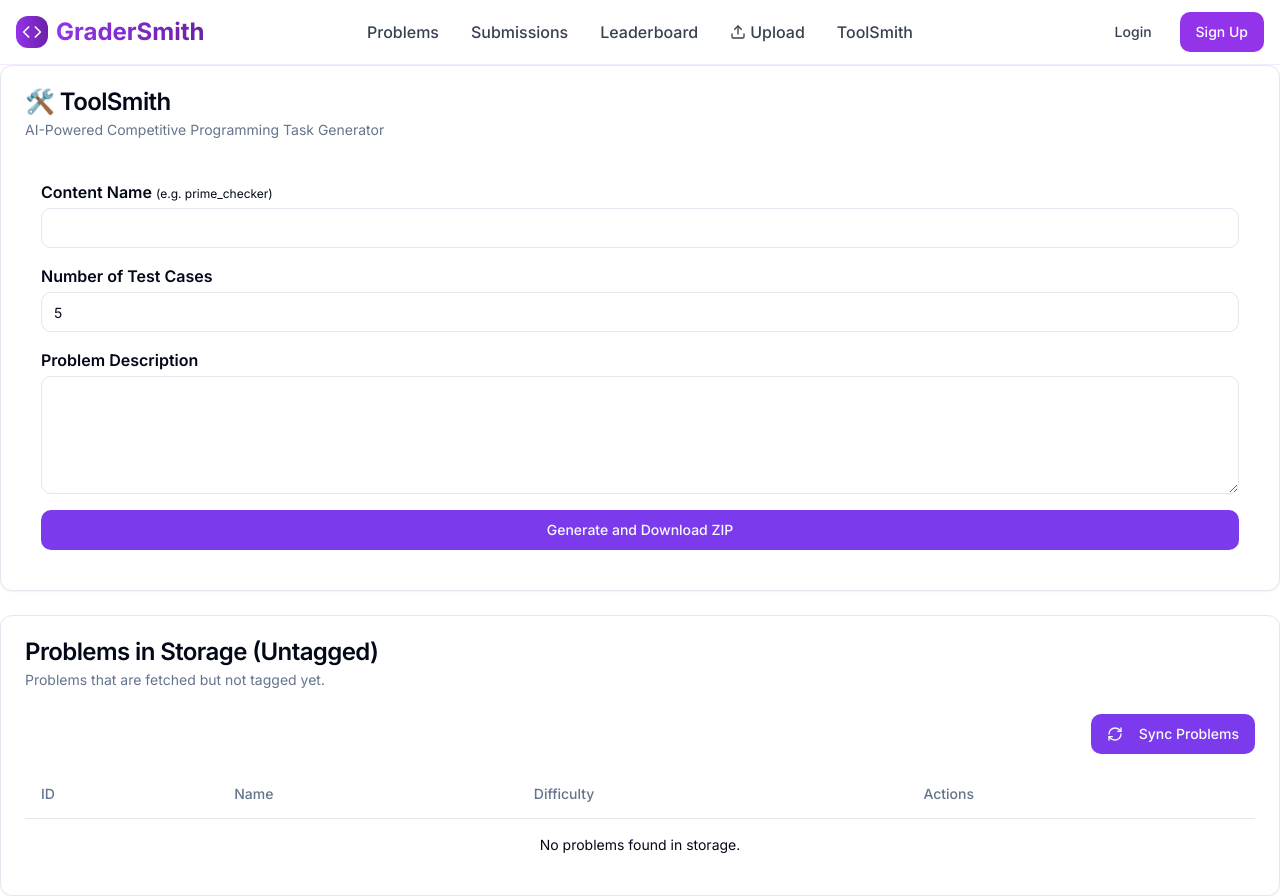
Repository: WOI-Core/TestSmith
Page: /upload
These files come from the project's save history. The page is drawn as it stood at one moment and after the next save; the edit follows.
The browser window is 1280 px wide. The pictures show the whole page.
The page's requests for data from a server got no answer. The project was rebuilt for these pictures with package versions that can differ from the ones it lists, and the page was loaded fresh each time. The framework's server and built-in components were replaced by stand-ins that run in the browser. No one was signed in, and anything a server would have sent is missing. Also part of the build but not shown: next.config.mjs, components/ui/avatar.tsx, components/ui/dropdown-menu.tsx.

Above is the page before, as saved 2025-07-10 03:38:35.

### app/layout.tsx
import type React from "react"
import type { Metadata } from "next"
import { Inter } from "next/font/google"
import "./globals.css"
import { AuthProvider } from "./context/AuthContext"
import Header from "./components/Header"

const inter = Inter({ subsets: ["latin"] })

export const metadata: Metadata = {
  title: "GraderSmith - Master Competitive Programming",
  description: "Modern Online Judge Platform for Competitive Programming",
    generator: 'v0.dev'
}

export default function RootLayout({
  children,
}: Readonly<{
  children: React.ReactNode
}>) {
  return (
    <html lang="en">
      <body className={inter.className}>
        <AuthProvider>
          <Header />
          <main>{children}</main>
        </AuthProvider>
      </body>
    </html>
  )
}

### app/upload/page.tsx
// app/upload/page.tsx
"use client";

import React, { useState, useEffect, FormEvent } from "react";
import { useAuth } from "../context/AuthContext";
import { useRouter } from "next/navigation";
import { Button } from "@/components/ui/button";
import { Input } from "@/components/ui/input";
import { Textarea } from "@/components/ui/textarea";
import {
  Card,
  CardContent,
  CardHeader,
  CardTitle,
  CardDescription,
} from "@/components/ui/card";
import {
  Table,
  TableBody,
  TableCell,
  TableHead,
  TableHeader,
  TableRow,
} from "@/components/ui/table";
import { useToast } from "@/hooks/use-toast";
import { Upload, RefreshCw, Send } from "lucide-react";

interface UntaggedProblem {
  id: string;
  name: string;
  difficulty: number;
  tags: string[];
}

interface FullProblemDetails {
  id: string;
  name: string;
  statement: string;
  solution: string;
  difficulty: number;
  timeLimit?: number;
  memoryLimit?: number;
  note?: string;
  tags: string[];
}

export default function UploadPage() {
  const { toast } = useToast();
  const { user, loading: authLoading } = useAuth();
  const router = useRouter();

  const [contentName, setContentName] = useState("");
  const [casesSize, setCasesSize] = useState(5);
  const [detail, setDetail] = useState("");
  const [status, setStatus] = useState("");
  const [generating, setGenerating] = useState(false);

  const [untaggedProblems, setUntaggedProblems] = useState<UntaggedProblem[]>([]);
  const [isLoadingUntagged, setIsLoadingUntagged] = useState(false);

  const handleGenerate = async (e: FormEvent) => {
    e.preventDefault();
    setGenerating(true);
    setStatus("Generating problem, please wait...");

    try {
      const res = await fetch("/api/toolsmith", {
        method: "POST",
        headers: { "Content-Type": "application/json" },
        body: JSON.stringify({ content_name: contentName, cases_size: casesSize, detail }),
      });

      if (!res.ok) {
        const errData = await res.json().catch(() => ({}));
        throw new Error(errData.error || "Failed to generate problem");
      }

      const blob = await res.blob();
      const url = window.URL.createObjectURL(blob);
      const a = document.createElement("a");
      a.href = url;
      a.download = `${contentName}_problem.zip`;
      document.body.appendChild(a);
      a.click();
      a.remove();
      window.URL.revokeObjectURL(url);

      setStatus("✅ Problem generated and downloaded successfully!");
    } catch (err: any) {
      setStatus(`❌ Error: ${err.message}`);
    } finally {
      setGenerating(false);
    }
  };

const fetchUntaggedProblems = async () => {
  setIsLoadingUntagged(true);
  try {
    const res = await fetch("/api/problems/from-storage");
    const data = await res.json();
    const problems = Array.isArray(data)
      ? data.map((file: { name: string }) => ({
          id: file.name,
          name: file.name,
          difficulty: 800,
          tags: [] as string[],
        }))
      : [];
    setUntaggedProblems(problems);
  } catch (error: any) {
    toast({ title: "Error", description: error.message, variant: "destructive" });
    setUntaggedProblems([]);
  } finally {
    setIsLoadingUntagged(false);
  }
};

  useEffect(() => {
    fetchUntaggedProblems();
  }, []);

  return (
    <div className="space-y-6">
      <div>
        <Card>
          <CardHeader>
            <CardTitle>🛠️ ToolSmith</CardTitle>
            <CardDescription>AI-Powered Competitive Programming Task Generator</CardDescription>
          </CardHeader>
          <CardContent>
            <form onSubmit={handleGenerate} className="flex flex-col gap-4 p-4 bg-card-bg rounded-lg">
              <div>
                <label htmlFor="contentName" className="block font-semibold mb-1">
                  Content Name <span className="text-xs font-normal text-text-secondary">(e.g. prime_checker)</span>
                </label>
                <Input
                  id="contentName"
                  type="text"
                  value={contentName}
                  onChange={(e) => setContentName(e.target.value)}
                  required
                />
              </div>

              <div>
                <label htmlFor="casesSize" className="block font-semibold mb-1">
                  Number of Test Cases
                </label>
                <Input
                  id="casesSize"
                  type="number"
                  min={1}
                  max={20}
                  value={casesSize}
                  onChange={(e) => setCasesSize(parseInt(e.target.value))}
                  required
                />
              </div>

              <div>
                <label htmlFor="detail" className="block font-semibold mb-1">
                  Problem Description
                </label>
                <Textarea
                  id="detail"
                  value={detail}
                  onChange={(e) => setDetail(e.target.value)}
                  rows={5}
                  required
                />
              </div>

              <Button type="submit" disabled={generating}>
                {generating ? "Generating..." : "Generate and Download ZIP"}
              </Button>

              {status && (
                <p className="mt-2 text-center p-2 bg-input-bg rounded">
                  {status}
                </p>
              )}
            </form>
          </CardContent>
        </Card>
      </div>

      <div>
        <Card>
          <CardHeader>
            <CardTitle>Problems in Storage (Untagged)</CardTitle>
            <CardDescription>Problems that are fetched but not tagged yet.</CardDescription>
          </CardHeader>
          <CardContent>
            <div className="flex justify-end space-x-2 mb-4">
              <Button onClick={fetchUntaggedProblems} disabled={isLoadingUntagged}>
                <RefreshCw className="mr-2 h-4 w-4" />
                {isLoadingUntagged ? "Syncing..." : "Sync Problems"}
              </Button>
            </div>
            <Table>
              <TableHeader>
                <TableRow>
                  <TableHead>ID</TableHead>
                  <TableHead>Name</TableHead>
                  <TableHead>Difficulty</TableHead>
                  <TableHead>Actions</TableHead>
                </TableRow>
              </TableHeader>
              <TableBody>
                {isLoadingUntagged ? (
                  <TableRow>
                    <TableCell colSpan={4} className="text-center">
                      Loading...
                    </TableCell>
                  </TableRow>
                ) : (untaggedProblems.length ?? 0) > 0 ? (
                  untaggedProblems.map((problem) => (
                    <TableRow key={problem.id}>
                      <TableCell>{problem.id}</TableCell>
                      <TableCell>{problem.name}</TableCell>
                      <TableCell>{problem.difficulty}</TableCell>
                      <TableCell>
                        <Button variant="ghost" size="sm">
                          <Send className="mr-2 h-4 w-4" />
                          Tag
                        </Button>
                      </TableCell>
                    </TableRow>
                  ))
                ) : (
                  <TableRow>
                    <TableCell colSpan={4} className="text-center">
                      No problems found in storage.
                    </TableCell>
                  </TableRow>
                )}
              </TableBody>
            </Table>
          </CardContent>
        </Card>
      </div>
    </div>
  );
}

### app/context/AuthContext.tsx
"use client";

import { createContext, useContext, useState, useEffect, ReactNode } from 'react';

interface User {
  id: string;
  email: string;
  username: string;
}

interface AuthContextType {
  user: User | null;
  token: string | null;
  login: (user: User, token: string) => void;
  logout: () => void;
  isAuthenticated: boolean;
}

const AuthContext = createContext<AuthContextType | undefined>(undefined);

export const AuthProvider = ({ children }: { children: ReactNode }) => {
  const [user, setUser] = useState<User | null>(null);
  const [token, setToken] = useState<string | null>(null);

  useEffect(() => {
    try {
      const storedToken = localStorage.getItem('token');
      const storedUser = localStorage.getItem('user');

      if (storedToken) {
        setToken(storedToken);
      }

      // FIX: Check if storedUser is not null and not the string "undefined"
      if (storedUser && storedUser !== "undefined") {
        setUser(JSON.parse(storedUser));
      }
    } catch (error) {
      console.error("Failed to parse user from localStorage", error);
      // Clear corrupted storage
      localStorage.removeItem('user');
      localStorage.removeItem('token');
    }
  }, []);

  const login = (user: User, token: string) => {
    setUser(user);
    setToken(token);
    localStorage.setItem('user', JSON.stringify(user));
    localStorage.setItem('token', token);
  };

  const logout = () => {
    setUser(null);
    setToken(null);
    localStorage.removeItem('user');
    localStorage.removeItem('token');
  };

  return (
    <AuthContext.Provider value={{ user, token, login, logout, isAuthenticated: !!token }}>
      {children}
    </AuthContext.Provider>
  );
};

export const useAuth = () => {
  const context = useContext(AuthContext);
  if (context === undefined) {
    throw new Error('useAuth must be used within an AuthProvider');
  }
  return context;
};

### app/components/Header.tsx
"use client"

import Link from "next/link"
import { useAuth } from "../context/AuthContext"
import { Button } from "@/components/ui/button"
import { Avatar, AvatarFallback } from "@/components/ui/avatar"
import {
  DropdownMenu,
  DropdownMenuContent,
  DropdownMenuItem,
  DropdownMenuSeparator,
  DropdownMenuTrigger,
} from "@/components/ui/dropdown-menu"
import { User, LogOut, Settings, Trophy, Code, Upload } from "lucide-react"

export default function Header() {
  const { user, logout } = useAuth()

  return (
    <header className="w-full border-b border-purple-100 bg-white/80 backdrop-blur-md">
      <div className="container mx-auto px-4">
        <div className="flex h-16 items-center justify-between">
          {/* Logo */}
          <Link href="/" className="flex items-center space-x-2">
            <div className="h-8 w-8 bg-gradient-to-r from-purple-600 to-purple-800 rounded-lg flex items-center justify-center">
              <Code className="h-5 w-5 text-white" />
            </div>
            <span className="text-2xl font-bold bg-gradient-to-r from-purple-600 to-purple-800 bg-clip-text text-transparent">
              GraderSmith
            </span>
          </Link>

          {/* Centered Navigation */}
          <nav className="absolute left-1/2 transform -translate-x-1/2 flex items-center space-x-8">
            <Link href="/problems" className="text-gray-700 hover:text-purple-600 font-medium transition-colors">
              Problems
            </Link>
            <Link href="/submissions" className="text-gray-700 hover:text-purple-600 font-medium transition-colors">
              Submissions
            </Link>
            <Link href="/leaderboard" className="text-gray-700 hover:text-purple-600 font-medium transition-colors">
              Leaderboard
            </Link>
            <Link
              href="/upload"
              className="text-gray-700 hover:text-purple-600 font-medium transition-colors flex items-center space-x-1"
            >
              <Upload className="h-4 w-4" />
              <span>Upload</span>
            </Link>
            <Link href="/toolsmith" className="text-gray-700 hover:text-purple-600 font-medium transition-colors">
              ToolSmith
            </Link>
          </nav>

          {/* User Actions */}
          <div className="flex items-center space-x-4">
            {user ? (
              <DropdownMenu>
                <DropdownMenuTrigger asChild>
                  <Button variant="ghost" className="relative h-10 w-10 rounded-full">
                    <Avatar className="h-10 w-10 border-2 border-purple-200">
                      <AvatarFallback className="bg-purple-100 text-purple-700 font-semibold">
                        {user.username.charAt(0).toUpperCase()}
                      </AvatarFallback>
                    </Avatar>
                  </Button>
                </DropdownMenuTrigger>
                <DropdownMenuContent className="w-56" align="end" forceMount>
                  <div className="flex items-center justify-start gap-2 p-2">
                    <div className="flex flex-col space-y-1 leading-none">
                      <p className="font-medium">{user.username}</p>
                      {user.role === "admin" && <p className="text-xs text-purple-600 font-medium">Administrator</p>}
                    </div>
                  </div>
                  <DropdownMenuSeparator />
                  <DropdownMenuItem asChild>
                    <Link href="/profile" className="cursor-pointer">
                      <User className="mr-2 h-4 w-4" />
                      Profile
                    </Link>
                  </DropdownMenuItem>
                  <DropdownMenuItem asChild>
                    <Link href="/submissions" className="cursor-pointer">
                      <Trophy className="mr-2 h-4 w-4" />
                      My Submissions
                    </Link>
                  </DropdownMenuItem>
                  <DropdownMenuItem>
                    <Settings className="mr-2 h-4 w-4" />
                    Settings
                  </DropdownMenuItem>
                  <DropdownMenuSeparator />
                  <DropdownMenuItem onClick={logout} className="text-red-600 cursor-pointer">
                    <LogOut className="mr-2 h-4 w-4" />
                    Logout
                  </DropdownMenuItem>
                </DropdownMenuContent>
              </DropdownMenu>
            ) : (
              <div className="flex items-center space-x-3">
                <Button asChild variant="ghost" className="text-gray-700 hover:text-purple-600">
                  <Link href="/login">Login</Link>
                </Button>
                <Button asChild className="bg-purple-600 hover:bg-purple-700 text-white">
                  <Link href="/signup">Sign Up</Link>
                </Button>
              </div>
            )}
          </div>
        </div>
      </div>
    </header>
  )
}

### components/ui/button.tsx
import * as React from "react"
import { Slot } from "@radix-ui/react-slot"
import { cva, type VariantProps } from "class-variance-authority"

import { cn } from "@/lib/utils"

const buttonVariants = cva(
  "inline-flex items-center justify-center gap-2 whitespace-nowrap rounded-md text-sm font-medium ring-offset-background transition-colors focus-visible:outline-none focus-visible:ring-2 focus-visible:ring-ring focus-visible:ring-offset-2 disabled:pointer-events-none disabled:opacity-50 [&_svg]:pointer-events-none [&_svg]:size-4 [&_svg]:shrink-0",
  {
    variants: {
      variant: {
        default: "bg-primary text-primary-foreground hover:bg-primary/90",
        destructive:
          "bg-destructive text-destructive-foreground hover:bg-destructive/90",
        outline:
          "border border-input bg-background hover:bg-accent hover:text-accent-foreground",
        secondary:
          "bg-secondary text-secondary-foreground hover:bg-secondary/80",
        ghost: "hover:bg-accent hover:text-accent-foreground",
        link: "text-primary underline-offset-4 hover:underline",
      },
      size: {
        default: "h-10 px-4 py-2",
        sm: "h-9 rounded-md px-3",
        lg: "h-11 rounded-md px-8",
        icon: "h-10 w-10",
      },
    },
    defaultVariants: {
      variant: "default",
      size: "default",
    },
  }
)

export interface ButtonProps
  extends React.ButtonHTMLAttributes<HTMLButtonElement>,
    VariantProps<typeof buttonVariants> {
  asChild?: boolean
}

const Button = React.forwardRef<HTMLButtonElement, ButtonProps>(
  ({ className, variant, size, asChild = false, ...props }, ref) => {
    const Comp = asChild ? Slot : "button"
    return (
      <Comp
        className={cn(buttonVariants({ variant, size, className }))}
        ref={ref}
        {...props}
      />
    )
  }
)
Button.displayName = "Button"

export { Button, buttonVariants }

### components/ui/input.tsx
import * as React from "react"

import { cn } from "@/lib/utils"

const Input = React.forwardRef<HTMLInputElement, React.ComponentProps<"input">>(
  ({ className, type, ...props }, ref) => {
    return (
      <input
        type={type}
        className={cn(
          "flex h-10 w-full rounded-md border border-input bg-background px-3 py-2 text-base ring-offset-background file:border-0 file:bg-transparent file:text-sm file:font-medium file:text-foreground placeholder:text-muted-foreground focus-visible:outline-none focus-visible:ring-2 focus-visible:ring-ring focus-visible:ring-offset-2 disabled:cursor-not-allowed disabled:opacity-50 md:text-sm",
          className
        )}
        ref={ref}
        {...props}
      />
    )
  }
)
Input.displayName = "Input"

export { Input }

### components/ui/card.tsx
import * as React from "react"

import { cn } from "@/lib/utils"

const Card = React.forwardRef<
  HTMLDivElement,
  React.HTMLAttributes<HTMLDivElement>
>(({ className, ...props }, ref) => (
  <div
    ref={ref}
    className={cn(
      "rounded-lg border bg-card text-card-foreground shadow-sm",
      className
    )}
    {...props}
  />
))
Card.displayName = "Card"

const CardHeader = React.forwardRef<
  HTMLDivElement,
  React.HTMLAttributes<HTMLDivElement>
>(({ className, ...props }, ref) => (
  <div
    ref={ref}
    className={cn("flex flex-col space-y-1.5 p-6", className)}
    {...props}
  />
))
CardHeader.displayName = "CardHeader"

const CardTitle = React.forwardRef<
  HTMLDivElement,
  React.HTMLAttributes<HTMLDivElement>
>(({ className, ...props }, ref) => (
  <div
    ref={ref}
    className={cn(
      "text-2xl font-semibold leading-none tracking-tight",
      className
    )}
    {...props}
  />
))
CardTitle.displayName = "CardTitle"

const CardDescription = React.forwardRef<
  HTMLDivElement,
  React.HTMLAttributes<HTMLDivElement>
>(({ className, ...props }, ref) => (
  <div
    ref={ref}
    className={cn("text-sm text-muted-foreground", className)}
    {...props}
  />
))
CardDescription.displayName = "CardDescription"

const CardContent = React.forwardRef<
  HTMLDivElement,
  React.HTMLAttributes<HTMLDivElement>
>(({ className, ...props }, ref) => (
  <div ref={ref} className={cn("p-6 pt-0", className)} {...props} />
))
CardContent.displayName = "CardContent"

const CardFooter = React.forwardRef<
  HTMLDivElement,
  React.HTMLAttributes<HTMLDivElement>
>(({ className, ...props }, ref) => (
  <div
    ref={ref}
    className={cn("flex items-center p-6 pt-0", className)}
    {...props}
  />
))
CardFooter.displayName = "CardFooter"

export { Card, CardHeader, CardFooter, CardTitle, CardDescription, CardContent }

### components/ui/table.tsx
import * as React from "react"

import { cn } from "@/lib/utils"

const Table = React.forwardRef<
  HTMLTableElement,
  React.HTMLAttributes<HTMLTableElement>
>(({ className, ...props }, ref) => (
  <div className="relative w-full overflow-auto">
    <table
      ref={ref}
      className={cn("w-full caption-bottom text-sm", className)}
      {...props}
    />
  </div>
))
Table.displayName = "Table"

const TableHeader = React.forwardRef<
  HTMLTableSectionElement,
  React.HTMLAttributes<HTMLTableSectionElement>
>(({ className, ...props }, ref) => (
  <thead ref={ref} className={cn("[&_tr]:border-b", className)} {...props} />
))
TableHeader.displayName = "TableHeader"

const TableBody = React.forwardRef<
  HTMLTableSectionElement,
  React.HTMLAttributes<HTMLTableSectionElement>
>(({ className, ...props }, ref) => (
  <tbody
    ref={ref}
    className={cn("[&_tr:last-child]:border-0", className)}
    {...props}
  />
))
TableBody.displayName = "TableBody"

const TableFooter = React.forwardRef<
  HTMLTableSectionElement,
  React.HTMLAttributes<HTMLTableSectionElement>
>(({ className, ...props }, ref) => (
  <tfoot
    ref={ref}
    className={cn(
      "border-t bg-muted/50 font-medium [&>tr]:last:border-b-0",
      className
    )}
    {...props}
  />
))
TableFooter.displayName = "TableFooter"

const TableRow = React.forwardRef<
  HTMLTableRowElement,
  React.HTMLAttributes<HTMLTableRowElement>
>(({ className, ...props }, ref) => (
  <tr
    ref={ref}
    className={cn(
      "border-b transition-colors hover:bg-muted/50 data-[state=selected]:bg-muted",
      className
    )}
    {...props}
  />
))
TableRow.displayName = "TableRow"

const TableHead = React.forwardRef<
  HTMLTableCellElement,
  React.ThHTMLAttributes<HTMLTableCellElement>
>(({ className, ...props }, ref) => (
  <th
    ref={ref}
    className={cn(
      "h-12 px-4 text-left align-middle font-medium text-muted-foreground [&:has([role=checkbox])]:pr-0",
      className
    )}
    {...props}
  />
))
TableHead.displayName = "TableHead"

const TableCell = React.forwardRef<
  HTMLTableCellElement,
  React.TdHTMLAttributes<HTMLTableCellElement>
>(({ className, ...props }, ref) => (
  <td
    ref={ref}
    className={cn("p-4 align-middle [&:has([role=checkbox])]:pr-0", className)}
    {...props}
  />
))
TableCell.displayName = "TableCell"

const TableCaption = React.forwardRef<
  HTMLTableCaptionElement,
  React.HTMLAttributes<HTMLTableCaptionElement>
>(({ className, ...props }, ref) => (
  <caption
    ref={ref}
    className={cn("mt-4 text-sm text-muted-foreground", className)}
    {...props}
  />
))
TableCaption.displayName = "TableCaption"

export {
  Table,
  TableHeader,
  TableBody,
  TableFooter,
  TableHead,
  TableRow,
  TableCell,
  TableCaption,
}

Loaded but not shown: app/globals.css (common file); components/ui/textarea.tsx (common file); hooks/use-toast.ts (common file); lib/utils.ts (common file); tailwind.config.ts (common file)

After the next save:
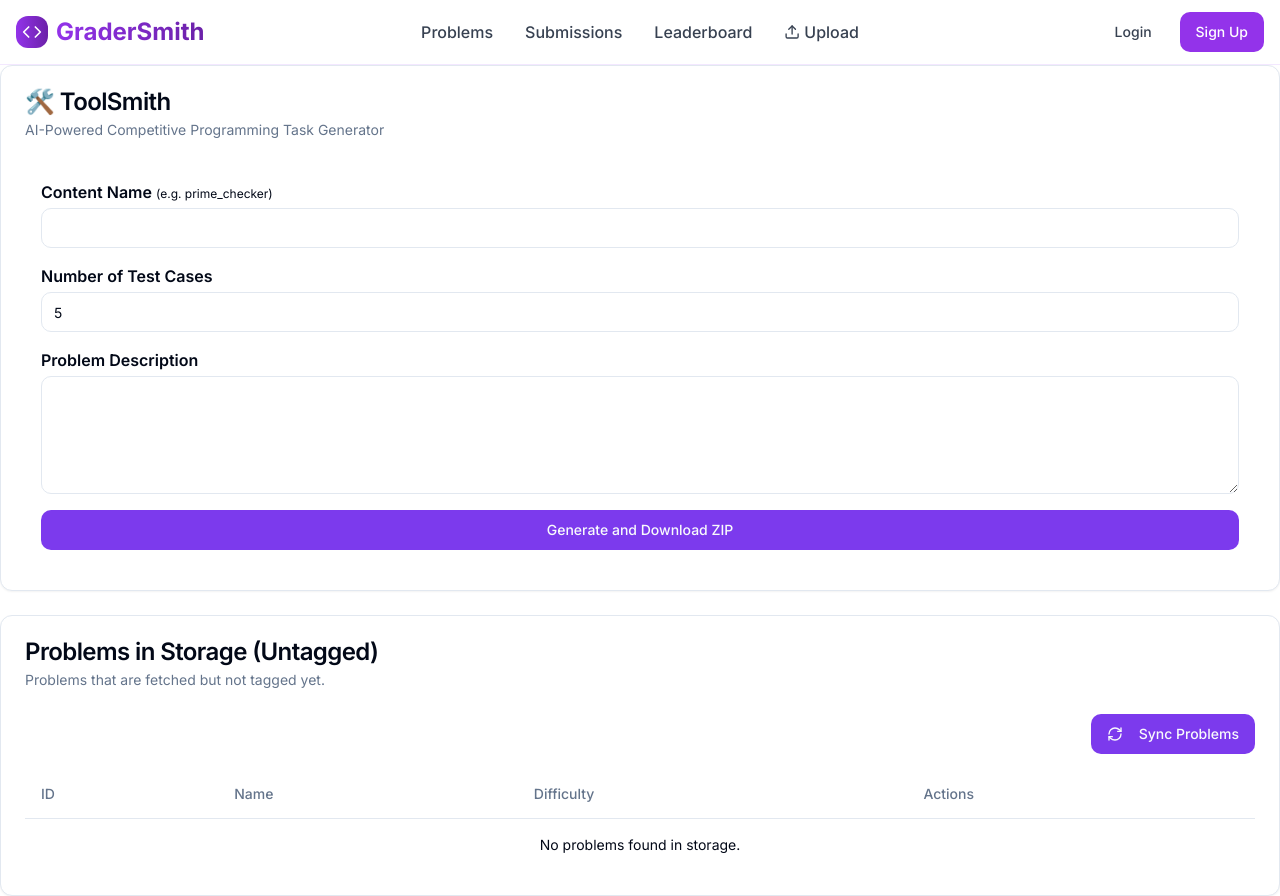
Saved 50 s later.
--- a/app/components/Header.tsx
+++ b/app/components/Header.tsx
@@ -47,9 +47,6 @@
             >
               <Upload className="h-4 w-4" />
               <span>Upload</span>
-            </Link>
-            <Link href="/toolsmith" className="text-gray-700 hover:text-purple-600 font-medium transition-colors">
-              ToolSmith
             </Link>
           </nav>
 
